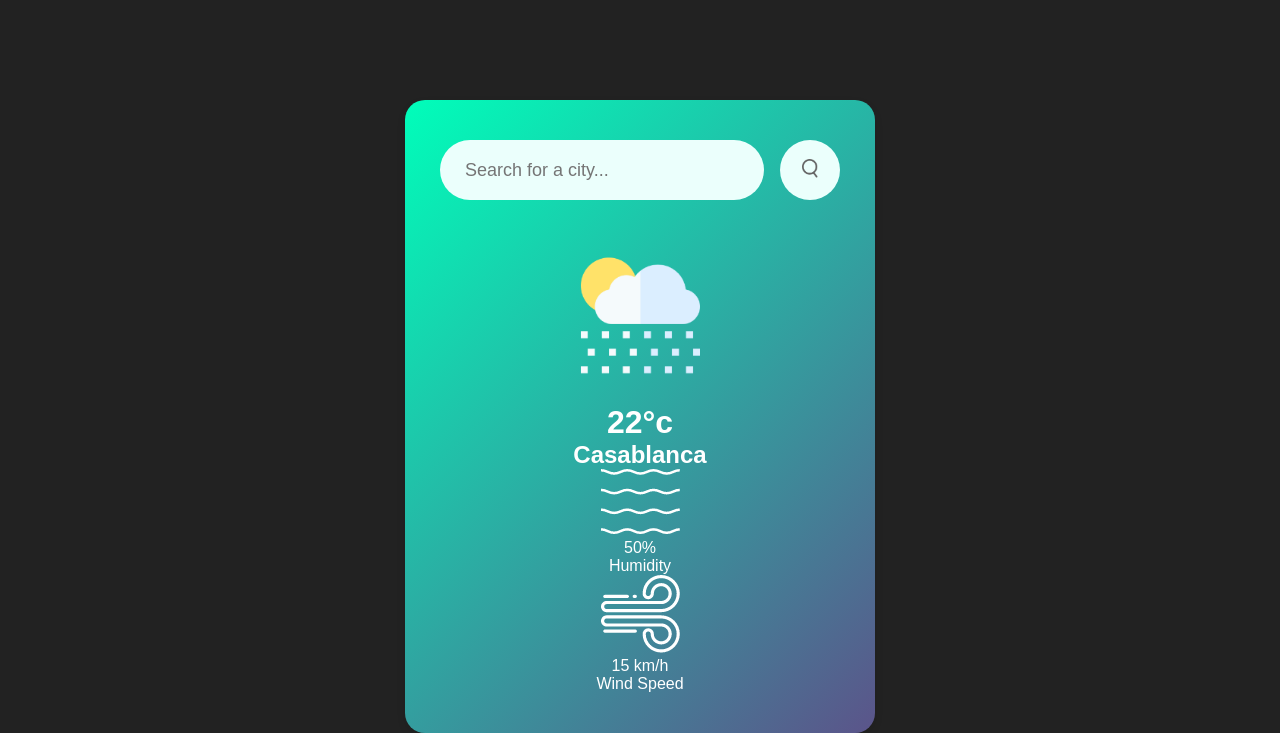
Repository: Abdelilah-Lakrim/Weather-App
Page: index.html
An editor plug-in stored every save of this project. The page is shown before and after a run of saves, followed by the edit.
The browser window is 1280 px wide. The pictures show the whole page.

Above is the page before, as saved 2025-06-17 11:15:45.

After the next 7 saves:
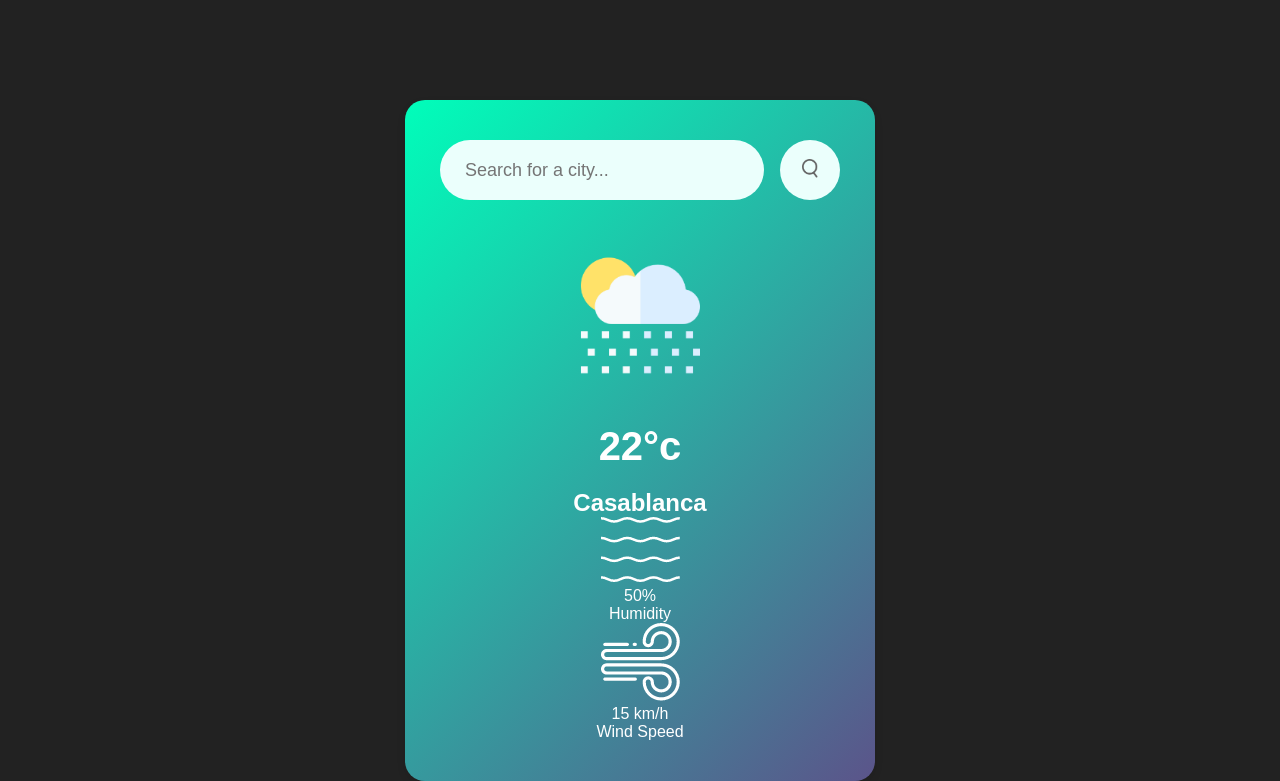
The 7 saves are shown as one change because they came seconds apart.
The last was saved 20 s later.
--- a/style.css
+++ b/style.css
@@ -59,3 +59,8 @@ body{
     margin-top: 30px;
 
 }
+
+.weather h1{
+    font-size: 40px;
+    margin: 20px 0;
+}
